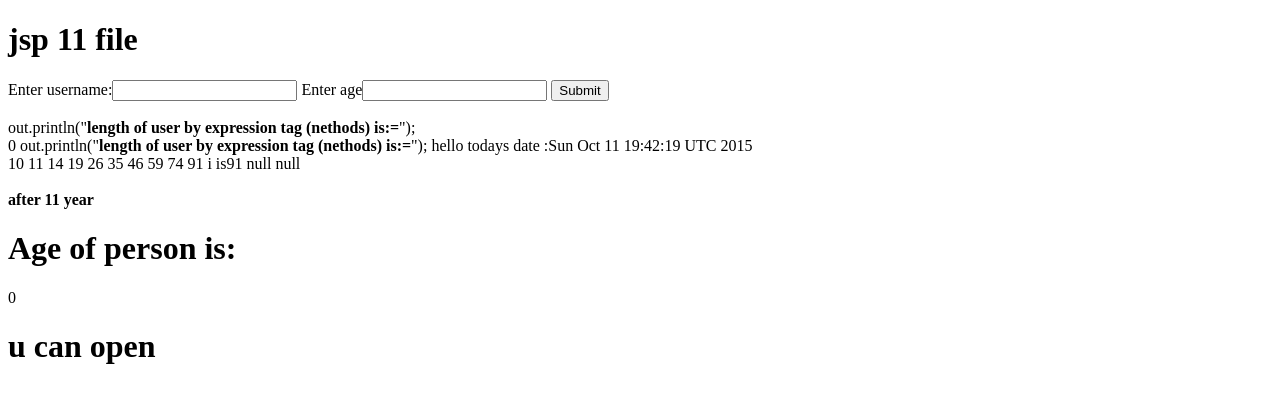
Repository: heenasalim/Java_Script
Page: http://localhost/JsphDemo/jsp11.jsp
These files come from the project's save history. The page is drawn as it stood at one moment and after the next save; the edit follows.
The browser window is 1280 px wide. The pictures show the whole page.
The page is served by Tomcat 9. Other server files are loaded and not shown. Queries for data that is not in the repository find no rows.

Above is the page before, as saved 2015-10-17 06:18:04.

### JsphDemo/WebContent/jsp11.jsp
<%@ page language="java" contentType="text/html; charset=ISO-8859-1"
    pageEncoding="ISO-8859-1"%>
<!DOCTYPE html PUBLIC "-//W3C//DTD HTML 4.01 Transitional//EN" "http://www.w3.org/TR/html4/loose.dtd">
<html>
<head>
<meta http-equiv="Content-Type" content="text/html; charset=ISO-8859-1">
<title>Insert title here</title>
</head>
<%@taglib  prefix="abc" uri="/WEB-INF/taglib.tld" %>
<%@taglib  prefix="xyz"  uri="/WEB-INF/customtag.tld" %>
<body>
<h1>jsp  11   file</h1>
<form action="jsp11.jsp">
Enter  username:<input type="text"  name="user"  />
Enter  age<input  type="text"   name="age" />
<input  type="submit"  name="signin" />
</form>
<br/>
out.println("<b>length  of  user by  expression  tag (nethods) is:=</b>");
<br/>
${abc:lengthUser(param.user)}
out.println("<b>length  of  user by  expression  tag (nethods) is:=</b>");

<xyz:abc> </xyz:abc>
<br/>
<%!  int  i=0;int z; %>
<%
for(i=0; i<10 ; i++)
{
%>
<%= z=i*i+10 %>
<%
}


out.println("i is" + z);

%>

<jsp:useBean id="u"  class="pkforjsp.Usebean11"  scope="request"></jsp:useBean>
<jsp:setProperty  name="u"  property="*" />
<jsp:getProperty  name="u" property="user" />
<jsp:getProperty  name="u" property="age" />
<%
String  k=u.getUser();
%>
<br/>
<br/>
<b> after  11  year </b>
<br/>
<h1>Age  of  person  is:</h1>
${ abc:heena(param.user) }
  <h1> u  can  open</h1>


<br/>
<br/>


 <%--out.println("length  of  username  is" + u.getUser());
<br/>
out.println("  age  after    1  year  is "  + (u.getAge()+1));--%>



</body>
</html>

### JsphDemo/src/pk/demotaglib.java
package pk;

import java.io.IOException;
import java.util.Date;

import javax.servlet.jsp.JspException;
import javax.servlet.jsp.tagext.TagSupport;

public class demotaglib extends TagSupport {

	@Override
	public int doStartTag() throws JspException {
		// TODO Auto-generated method stub
		return super.doStartTag();




	}
@Override
public int doEndTag() throws JspException {
	// TODO Auto-generated method stub
	String  d=new Date().toString();
	try {
		pageContext.getOut().write("hello   todays  date :" + d);
	} catch (IOException e) {
		// TODO Auto-generated catch block
		e.printStackTrace();
	}

return EVAL_PAGE;




}
}

### JsphDemo/src/pk/expressionlanguage.java
package pk;

import java.sql.DriverManager;
import java.sql.PreparedStatement;
import java.sql.ResultSet;

import javax.servlet.jsp.PageContext;

import com.sun.corba.se.pept.transport.Connection;

public class expressionlanguage {

	public  static  int  lengthUser(String  x)
	{


		return  x.length();
	}


	public   static void  ageAfter1year()
	{

	}

}

### JsphDemo/src/pk/oracle.java
package pk;
import java.sql.Connection;
import java.sql.Driver;
import java.sql.DriverManager;
import java.sql.PreparedStatement;
import java.sql.ResultSet;
import java.sql.SQLException;

import javax.servlet.jsp.PageContext;


public class oracle{


	static Connection con=null;
	public  static  int  heena(String  user)   throws SQLException
	{
	try
	{
	Class.forName("oracle.jdbc.driver.OracleDriver");
	System.out.println("class  found");
	System.out.println("class  found");
    con=DriverManager.getConnection("jdbc:oracle:thin:@localhost:1521:xe","system","java");
	System.out.println("connection  got");
	java.sql.Statement stmt=con.createStatement();
	ResultSet rs=stmt.executeQuery("select * from heena1");
	while(rs.next())
	{
	 System.out.println(rs.getInt(1)+"  "+rs.getString(2));
    if(user.equals(rs.getString(2)))
    {
    	  System.out.println("correct  user");
     }
	}
//	 PreparedStatement  psmt=con.prepareStatement("insert  into heena1  values(? ?)");
//	 psmt.setInt(1,1);
//	 psmt.setString(2, "abc");
//	  System.out.println("table  craeted  inserted ");
//	 int  i=psmt.executeUpdate();
//	 System.out.println("table  crated" + i);
	  }
	catch(Exception  e)
	{
	e.printStackTrace();
	}
	return 0;

	}
}

### JsphDemo/src/pkforjsp/Usebean11.java
package pkforjsp;

public class Usebean11 {

	String  user,age;
	public String getUser() {
		return user;
	}

	public void setUser(String user) {
		this.user = user;
	}


	public String getAge() {
		return age;
	}

	public void setAge(String age) {
		this.age = age;
	}


}

After the next save:
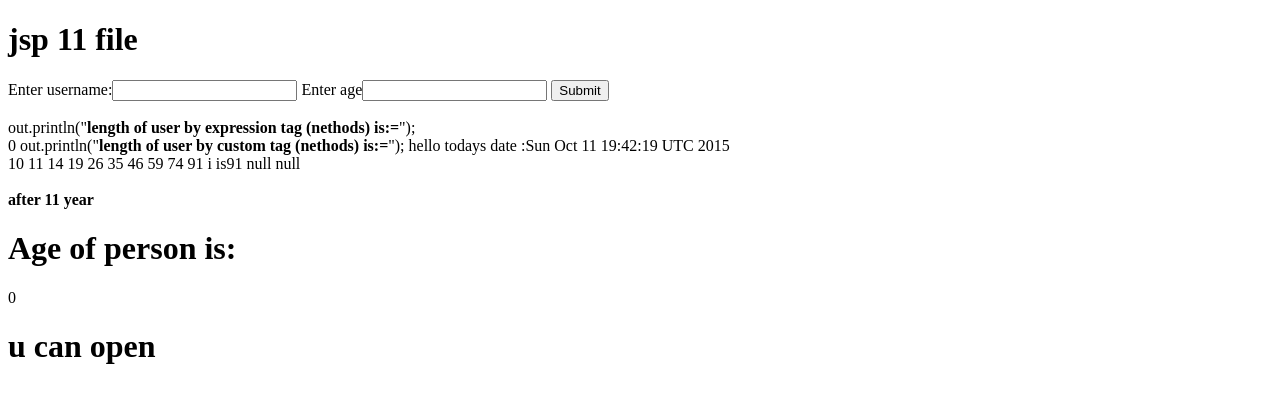
Saved 11 s later.
--- a/JsphDemo/WebContent/jsp11.jsp
+++ b/JsphDemo/WebContent/jsp11.jsp
@@ -19,7 +19,7 @@ Enter  age<input  type="text"   name="age" />
 out.println("<b>length  of  user by  expression  tag (nethods) is:=</b>");
 <br/>
 ${abc:lengthUser(param.user)}
-out.println("<b>length  of  user by  expression  tag (nethods) is:=</b>");
+out.println("<b>length  of  user by  custom tag (nethods) is:=</b>");
 
 <xyz:abc> </xyz:abc>
 <br/>
